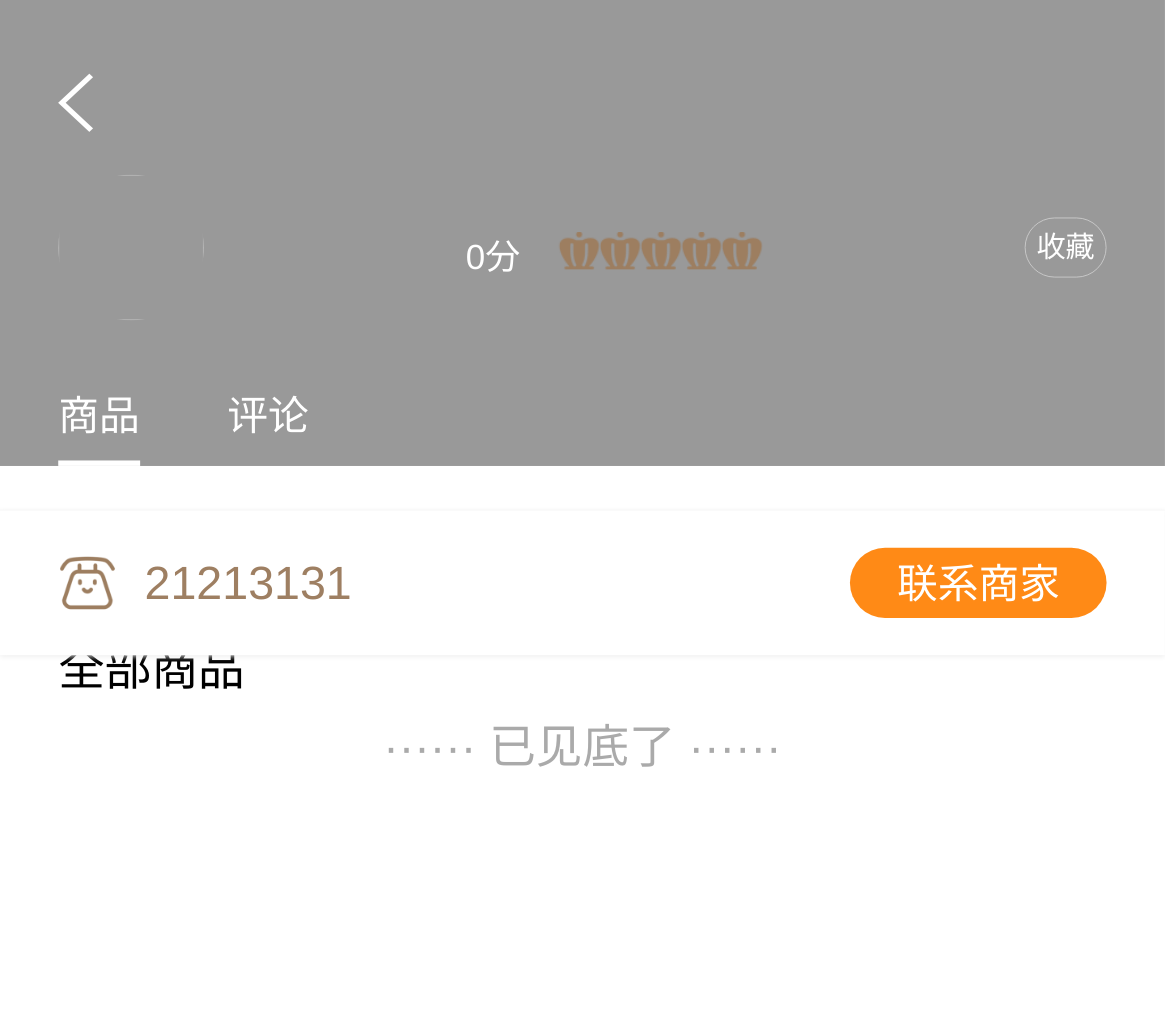
Repository: missing-star/rockBridge
Page: shop-detail.html
These files come from the project's save history. The page is drawn as it stood at one moment and after the next save; the edit follows.
The browser window is 1280 px wide. The pictures show the whole page, at 91% of full size.
The page's requests for data from a server got no answer.

Above is the page before, as saved 2019-05-23 10:00:16.

### shop-detail.html
<!DOCTYPE html>
<html lang="en">

<head>
    <meta charset="UTF-8">
    <meta name="viewport" content="width=device-width, initial-scale=1.0, user-scalable=no,maximum-scale=1.0">
    <meta http-equiv="X-UA-Compatible" content="ie=edge">
    <meta http-equiv="Expires" content="0">
    <meta http-equiv="Pragma" content="no-cache">
    <meta http-equiv="Cache-control" content="no-cache">
    <meta http-equiv="Cache" content="no-cache">
    <link rel="stylesheet" href="assets/mui/css/mui.min.css?v=1.2.6">
    <link rel="stylesheet" href="css/common.css?v=1.2.6">
    <link rel="stylesheet" href="css/shop-detail.css?v=1.2.6">
    <title>叠石桥</title>
    <!--
        店铺详情
    -->
</head>

<body>
    <div id="app">
        <!--顶部搜索栏-->
        <header class="mui-bar mui-bar-nav">
            <div class="bg-black">
                <div class="search-group">
                    <i onclick="goBack()" class="mui-icon mui-icon-arrowleft"></i>
                </div>
                <div class="shop-info">
                    <img :src="shopInfo.images" alt="" class="shop-logo">
                    <div class="shop-title">
                        <p class="shop-name">{{shopInfo.title}}</p>
                        <p class="shop-level">
                            <span class="shop-score">{{score}}分</span>
                            <span class="shop-level-icon">
                                <img v-for="n in score" class="img-level" src="imgs/crown-active.png" alt="">
                                <img class="img-level" v-for="n in (5-score)" src="imgs/crown.png" alt="">
                            </span>
                        </p>
                    </div>
                    <button @click="collect(isCollection)" class="follow" :class="{active:isCollection}">
                        <template v-if="isCollection == 1">已收藏</template>
                        <template v-else>收藏</template>
                    </button>
                </div>
                <ul class="tab-list">
                    <li class="tab-item active" data-tab-id="0">商品</li>
                    <li class="tab-item" data-tab-id="1">评论</li>
                </ul>
            </div>
        </header>
        <div class="mui-content">
            <div class="tab-content" :class="{active:showTab == 0}">
                <!--人气推荐-->
                <p class="business-top-title">
                    人气推荐
                </p>
                <div class="slider-business">
                    <div @click="getDetail(shops.id)" v-for="shops in hotList" class="slider-business-item">
                        <img :src="shops.images | filterImg" />
                        <p class="business-item-title ellipsis">{{shops.title}}</p>
                        <p class="business-item-content">{{shops.price}}</p>
                    </div>
                </div>
                <!--全部商品-->
                <p class="class-title">全部商品</p>
                <div class="have-good-goods">
                    <div @click="getDetail(shops.id)" v-for="shops in allList" class="goods-item">
                        <img class="goods-img" :src="shops.images | filterImg" />
                        <div class="goods-info">
                            <p>
                                <span class="ellipsis">{{shops.title}}</span>
                                <span class="eye-container"><img class="view-num"
                                        src="imgs/eye.png" />{{shops.click_num}}</span>
                            </p>
                            <p>
                                <span class="goods-price">￥ {{shops.price}}</span>
                                <button class="reserve">查看</button>
                            </p>
                        </div>
                    </div>
                </div>
                <div class="bottom-line">
                    ······ 已见底了 ······
                </div>
            </div>
            <div class="tab-content goods" :class="{active:showTab == 1}">
                <div class="comments-score">
                    <div class="score-show">
                        <p class="score">{{commentsInfo.shop_review}}</p>
                        <p class="title">综合评分</p>
                    </div>
                    <div class="star-container">
                        <p class="score-star">
                            <span class="title">评分</span>
                            <img class="comments-icon" v-for="n in commentsInfo.shop_review" src="imgs/star-high.png"
                                alt="">
                            <img class="comments-icon" v-for="n in (5 - commentsInfo.shop_review)" src="imgs/star.png"
                                alt="">
                            <span class="num">{{commentsInfo.shop_review}}</span>
                        </p>
                        <p class="score-star">
                            <span class="title">服务</span>
                            <img class="comments-icon" v-for="n in commentsInfo.shop_quality" src="imgs/star-high.png"
                                alt="">
                            <img class="comments-icon" v-for="n in (5 - commentsInfo.shop_quality)" src="imgs/star.png"
                                alt="">
                            <span class="num">{{commentsInfo.shop_quality}}</span>
                        </p>
                    </div>
                    <div class="good-percent">
                        <p class="number">{{commentsInfo.service_ratio}}%</p>
                        <p class="title">好评率</p>
                    </div>
                </div>
                <!--
                    评论列表
                -->
                <ul class="comments-list">
                    <li v-for="item in commentsList" class="comments-item">
                        <div class="user-info">
                            <div class="left-part">
                                <img :src="item.hed_images" alt="" class="user-logo">
                                <p class="user-nickname">
                                    <span class="username">{{item.nickname}}</span>
                                    <span class="score">
                                        评分
                                        <img v-for="n in item.service" class="comments-icon" src="imgs/star-high.png"
                                            alt="">
                                        <img class="comments-icon" v-for="n in (5 - item.service)" src="imgs/star.png"
                                            alt="">
                                    </span>
                                </p>
                            </div>
                            <div class="right-part">
                                <p class="show-date">
                                    {{item.create_at}}
                                </p>
                                <!-- <p class="like">
                                    <img src="imgs/like.png" class="like-icon" alt="">
                                    <span class="like-num">123</span>
                                </p> -->
                            </div>
                        </div>
                        <div class="comments-content">
                            {{item.content}}
                        </div>
                        <div class="show-imgs">
                            <img v-for="img in item.images" :src="img" class="show-img-item">
                        </div>
                        <!-- <div class="shop-reply">
                            商家回复内容大幅度搜佛菩萨单 商家回复内容大幅度搜佛菩萨单 商家回复内容大幅度搜佛菩萨单 商家回复内容大幅度搜佛菩萨单 商家回复内容大幅度搜佛菩萨单 商家回复内容大幅度搜佛菩萨单
                        </div> -->
                    </li>
                </ul>
                <button @click="goToComments" class="comments-btn">去评论</button>
                <div class="bottom-line comments">
                    ······ 已见底了 ······
                </div>
            </div>
        </div>
        <div class="search-page" :class={active:isFadeIn,'slide-out':isFadeOut}>
            <header>
                <img @click="hideSearch" src="imgs/icon-back.png" class="icon-back" />
                <form class="input-group">
                    <input placeholder="输入商品或商店名称" v-model="keyword" id="search" class="search-page-input" type="text">
                    <img v-show="keyword.length != 0" @click="clearInput" class="clear-icon" src="imgs/clear.png" />
                </form>
                <span @click="hideSearch" class="cancel-search">搜索</span>
            </header>
            <!--历史搜索-->
            <div class="search-history">
                <header class="history-header">
                    <p class="search-history-title">历史搜索</p>
                    <img @click="clearHistory" src="imgs/delete.png" class="icon-delete" />
                </header>
                <ul class="history-list">
                    <li v-for="item in historyList" class="list-item">{{item}}</li>
                </ul>
            </div>
        </div>
        <!-- 联系商家 -->
        <div class="contact-business-wrapper">
            <p class="phone-number-wrapper">
                <img src="imgs/phone.png" alt="电话" class="phone-icon">
                <span class="phone-number">21213131</span>
            </p>
            <a href="tel:025-85123654" class="contact-business-btn">联系商家</a>
        </div>
    </div>
    <script src="assets/vue/vue.min.js?v=1.2.6"></script>
    <script src="assets/jquery/jquery.min.js?v=1.2.6"></script>
    <script src="assets/mui/js/mui.min.js?v=1.2.6"></script>
    <script src="js/common.js?v=1.2.6"></script>
    <script src="js/shop-detail.js?v=1.2.6"></script>
</body>

</html>

### css/common.css
html,
body,
.mui-content {
    font-size: calc(100vw / 20);
    background: #ffffff;
}
*{
    word-break: break-all;
}
div.mui-content {
    padding: 1rem;
}

header.mui-bar.mui-bar-nav {
    background: #ffffff;
    -webkit-box-shadow: none;
            box-shadow: none;
}

nav.mui-bar.mui-bar-tab {
    background: #ffffff;
    -webkit-box-shadow: 0 0 6px 0 rgba(0, 0, 0, 0.15);
            box-shadow: 0 0 6px 0 rgba(0, 0, 0, 0.15);
}

nva.mui-bar-tab span.mui-tab-label {
    color: #9d7e60;
}

.mui-bar-tab .mui-tab-item.mui-active {
    color: #5f4831;
}

img.mui-icon.nav-bar-icon.active {
    display: inline;
}

img.mui-icon.nav-bar-icon {
    display: none;
}

p {
    margin: 0;
}

input[type=color],
input[type=date],
input[type=datetime-local],
input[type=datetime],
input[type=email],
input[type=month],
input[type=number],
input[type=password],
input[type=search],
input[type=tel],
input[type=text],
input[type=time],
input[type=url],
input[type=week],
select,
textarea {
    margin-bottom: 0;
    width: auto;
    height: auto;
    border: none;
    -webkit-box-flex: 1;
        -ms-flex: 1;
            flex: 1;
    font-size: 0.8rem;
}

input::-webkit-input-placeholder {
    color: #c2c2c2;
}

nav.mui-bar.mui-bar-tab a.mui-tab-item {
    -ms-touch-action: none;
        touch-action: none;
    height: 100%;
}

nav.mui-bar.mui-bar-tab {
    height: 3rem;
}

.mui-bar-tab .mui-tab-item .mui-icon {
    top: 3px;
    width: 1.2rem;
    height: 1.2rem;
    padding-top: 0;
    padding-bottom: 0;
    margin-bottom: 0.1rem;
}

.mui-bar-tab .mui-tab-item .mui-icon~.mui-tab-label {
    font-size: 0.5rem;
    line-height: 1rem;
}

.mui-bar-tab~.mui-content {
    padding-top: 2.5rem;
    padding-bottom: 3rem;
}

button.submit {
    background: #9d7e60;
    width: 100%;
    border: none;
    border-radius: 1rem;
    font-size: 1rem;
    line-height: 1rem;
    color: #fff;
    margin-top: 1rem;
    height: 2rem;
}

button.mui-btn.mui-btn-blue.mui-poppicker-btn-ok,
button.mui-btn.mui-btn-blue {
    color: #ff8b16;
    background: transparent;
    border: none;
    font-size: 1rem;
}

.mui-poppicker-header,
.mui-dtpicker-header {
    border-radius: 0.3rem 0.3rem 0 0;
}

button.mui-btn.mui-poppicker-btn-cancel,
.mui-dtpicker-header button {
    color: #aaaaaa;
    border: none;
    background: transparent;
    font-size: 1rem;
}

button.mui-btn.mui-poppicker-btn-cancel>img,
.mui-dtpicker-header button>img {
    width: 1rem;
}

.mui-picker-inner,
.mui-picker {
    background: #fcfcfc;
    -webkit-mask-box-image: none;
    border-radius: 0 0 0.3rem 0.3rem;
}

.mui-poppicker-body {
    border: none;
    border-radius: 0 0 0.3rem 0.3rem;
}

button.mui-btn {
    color: #aaaaaa;
    border-color: #aaaaaa;
}

.mui-dtpicker-header {
    background: #ffffff;
}

.mui-dtpicker-title h5 {
    display: none;
}

span.mui-popup-button.mui-popup-button-bold {
    color: #FF8B16;
}

span.mui-popup-button {
    color: #aaaaaa;
}

[v-cloak] {
    display: none !important;
}

.mui-poppicker.mui-active,
.mui-dtpicker.mui-active {
    margin: 0.5rem;
    width: calc(100% - 1rem);
    border-radius: 0.3rem;
}

.popicker-title,
.dt-popicker-title {
    -webkit-box-flex: 1;
        -ms-flex: 1;
            flex: 1;
    text-align: center;
    font-size: 1rem;
    color: #000000;
}

.mui-poppicker-header,
.mui-dtpicker-header {
    display: -webkit-box;
    display: -ms-flexbox;
    display: flex;
    -webkit-box-align: center;
        -ms-flex-align: center;
            align-items: center;
    -webkit-box-pack: justify;
        -ms-flex-pack: justify;
            justify-content: space-between;
    background: #eeeeee;
}

.mui-pciker-list li {
    color: #b19c88;
}

.mui-pciker-list li.highlight {
    color: #5f4831;
}

.mui-pciker-rule-ft {
    z-index: 2;
    border-top: solid 1px #ced7de;
    border-bottom: solid 1px #ced7de;
}


input::-webkit-outer-spin-button,
input::-webkit-inner-spin-button {

    -webkit-appearance: none !important;
}

input[type="number"] {
    -moz-appearance: textfield;
}
.ellipsis{
    white-space: nowrap;
    overflow: hidden;
    text-overflow: ellipsis;
}
/* 联系商家 */
.contact-business-wrapper {
    position: fixed;
    bottom: 0;
    width: 100%;
    height: 2.5rem;
    background: #FFFFFF;
    border-top: 1px solid #f6f6f6;
    -webkit-box-shadow: 0 2px 6px 0 #EBEBEB;
            box-shadow: 0 2px 6px 0 #EBEBEB;
    display: -webkit-box;
    display: -ms-flexbox;
    display: flex;
    -webkit-box-align: center;
        -ms-flex-align: center;
            align-items: center;
    -webkit-box-pack: justify;
        -ms-flex-pack: justify;
            justify-content: space-between;
    padding: 0 1rem;
}
span.phone-number {
    color: #9e7f62;
    font-size: 0.8rem;
}
a.contact-business-btn,span.contact-business-btn {
    background: #ff8a16;
    color: #fff;
    font-size: 0.7rem;
    border-radius: 1rem;
    padding: 0.1rem 0.8rem;
    line-height: 1rem;
}
p.phone-number-wrapper {
    display: -webkit-box;
    display: -ms-flexbox;
    display: flex;
    -webkit-box-align: center;
        -ms-flex-align: center;
            align-items: center;
    -webkit-box-pack: justify;
        -ms-flex-pack: justify;
            justify-content: space-between;
    min-width: 28%;
}
img.phone-icon {
    width: 1rem;
}

Loaded but not shown: assets/mui/css/mui.min.css (library); assets/vue/vue.min.js (library); assets/jquery/jquery.min.js (library); assets/mui/js/mui.min.js (library); js/shop-detail.js (193 lines, source omitted); js/common.js (216 lines, source omitted); css/shop-detail.css (647 lines, source omitted)

After the next save:
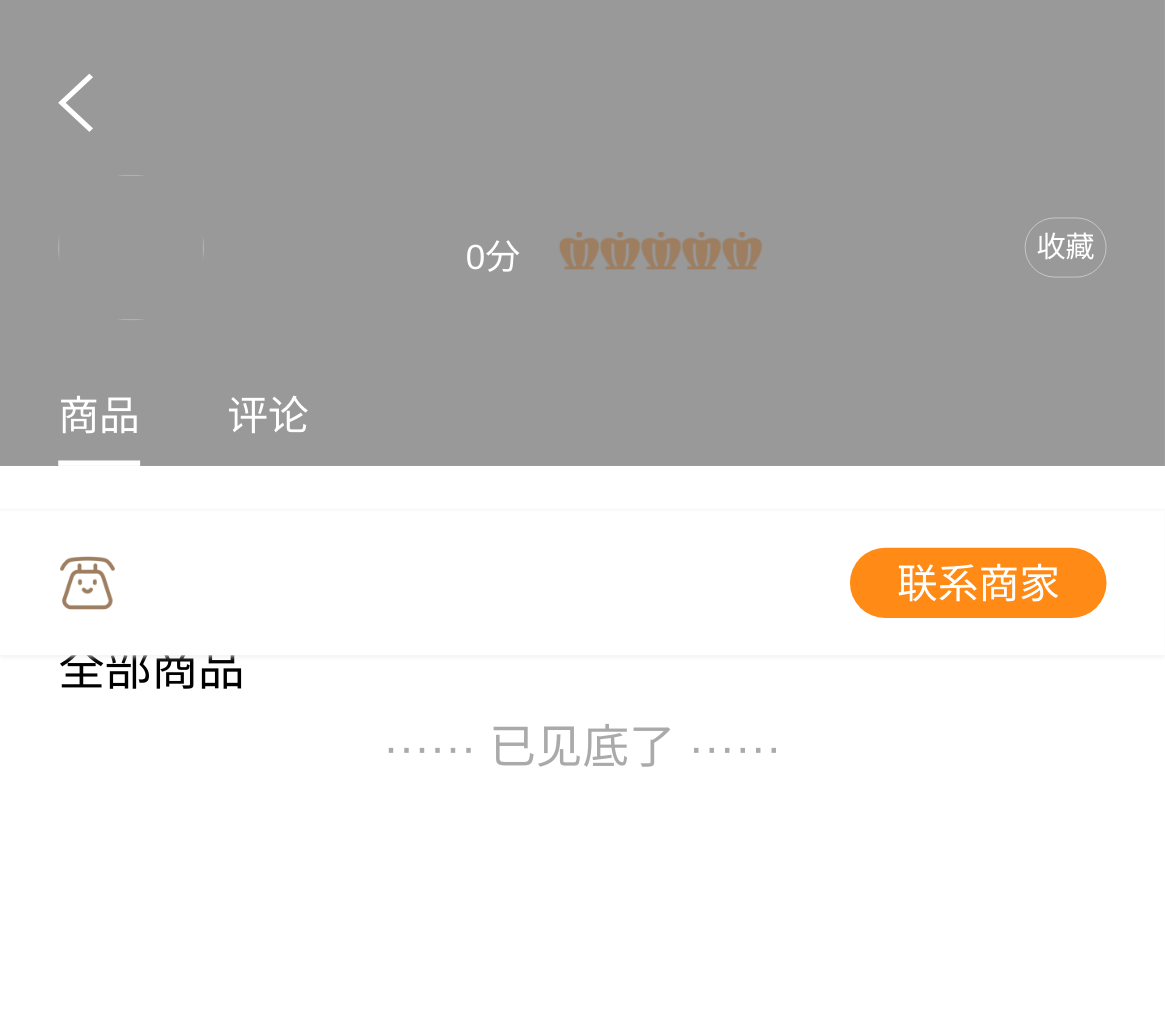
Saved 4 min 2 s later.
--- a/shop-detail.html
+++ b/shop-detail.html
@@ -183,7 +183,7 @@
         <div class="contact-business-wrapper">
             <p class="phone-number-wrapper">
                 <img src="imgs/phone.png" alt="电话" class="phone-icon">
-                <span class="phone-number">21213131</span>
+                <span class="phone-number">{{shopInfo.landline}}</span>
             </p>
             <a href="tel:025-85123654" class="contact-business-btn">联系商家</a>
         </div>
